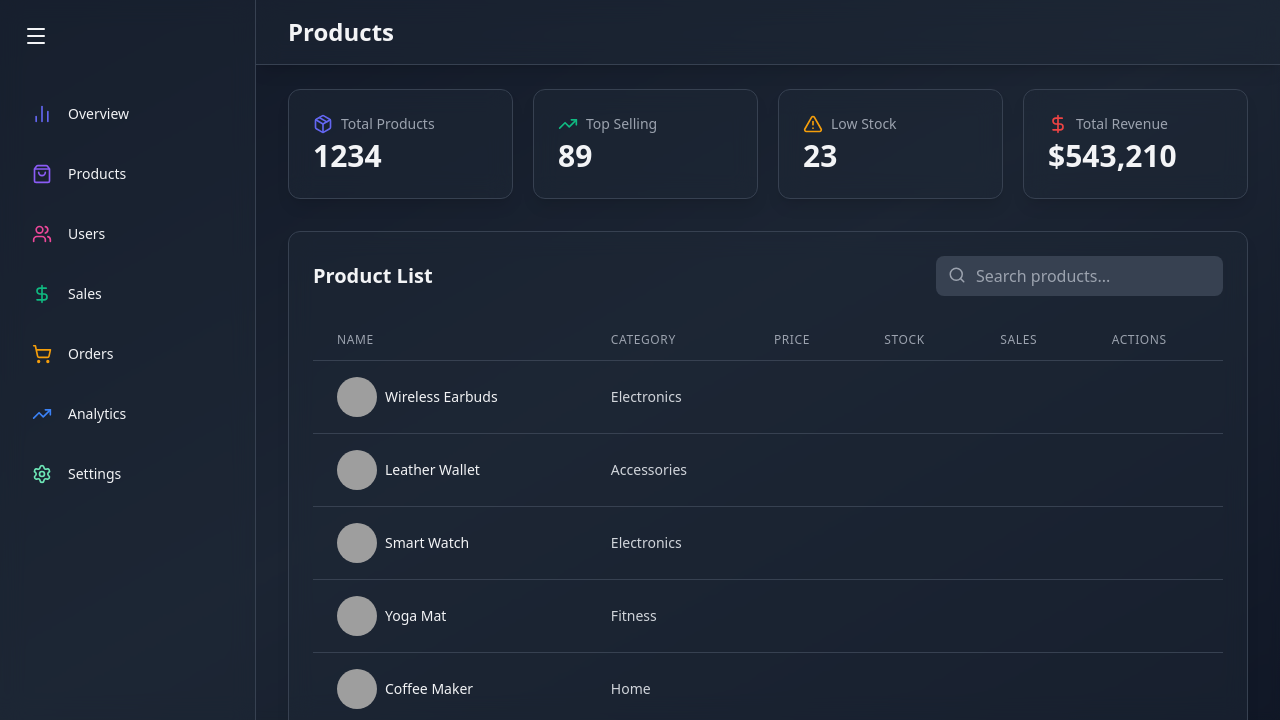
Repository: Abdirabi11/React-dashboard
Page: /products
The author's editor kept a copy of each file at every save. The page is drawn from the files as they stood at one save, then again after the next save.
The browser window is 1280 px wide. The pictures show the whole page.
Pictures or frames that could not be fetched are drawn as grey boxes. An inner scrolling area shows only its first screen. The project was rebuilt for these pictures with package versions that can differ from the ones it lists, and the page was loaded fresh each time. Also part of the build but not shown: vite.config.js, src/components/overview/SalesOverviewChart.jsx, src/components/overview/SalesChannelChart.jsx, src/pages/OverviewPage.jsx, src/pages/UsersPage.jsx, src/pages/SalesPage.jsx, src/pages/OrdersPage.jsx, src/pages/AnalyticsPage.jsx and 1 more.

Above is the page before, as saved 2025-07-18 19:05:02.

After the next save:
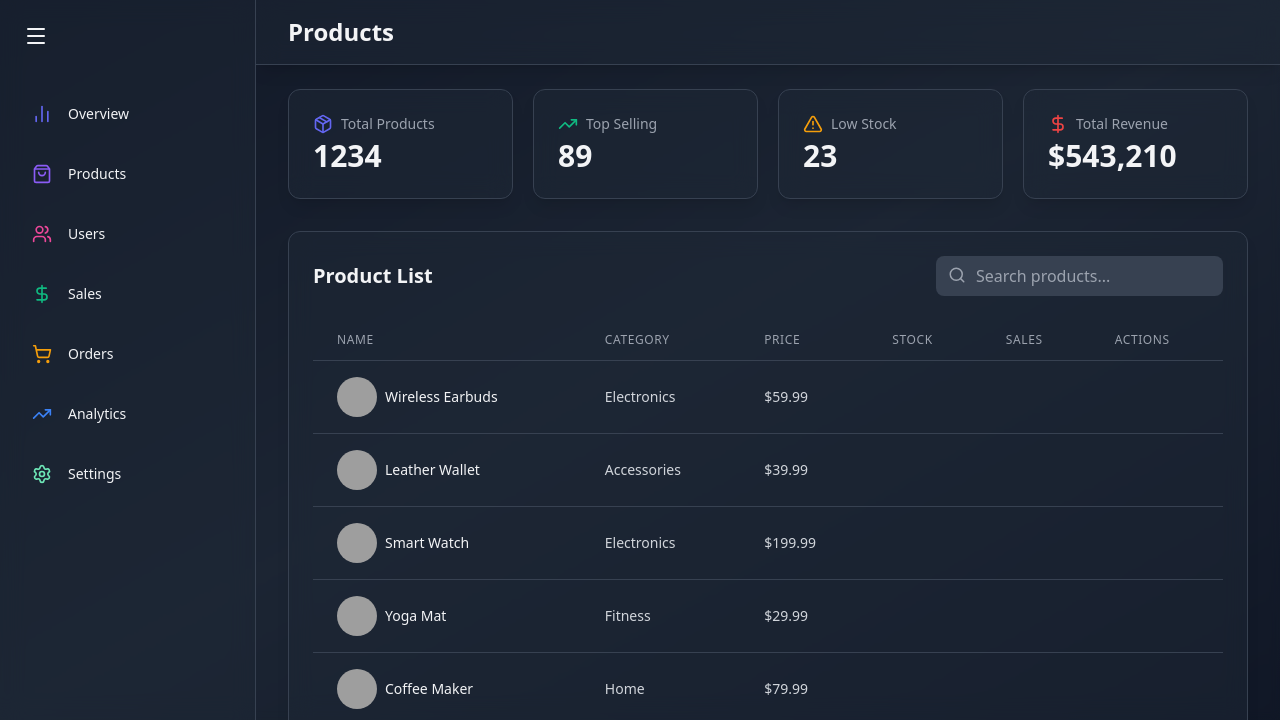
Saved 12 s later.
--- a/src/components/products/ProductsTable.jsx
+++ b/src/components/products/ProductsTable.jsx
@@ -80,6 +80,9 @@ const ProductsTable = () => {
 								<td className='px-6 py-4 whitespace-nowrap text-sm text-gray-300'>
 									{product.category}
 								</td>
+								<td className='px-6 py-4 whitespace-nowrap text-sm text-gray-300'>
+									${product.price.toFixed(2)}
+								</td>
 						    </motion.tr>
 						))}
 					</tbody>
